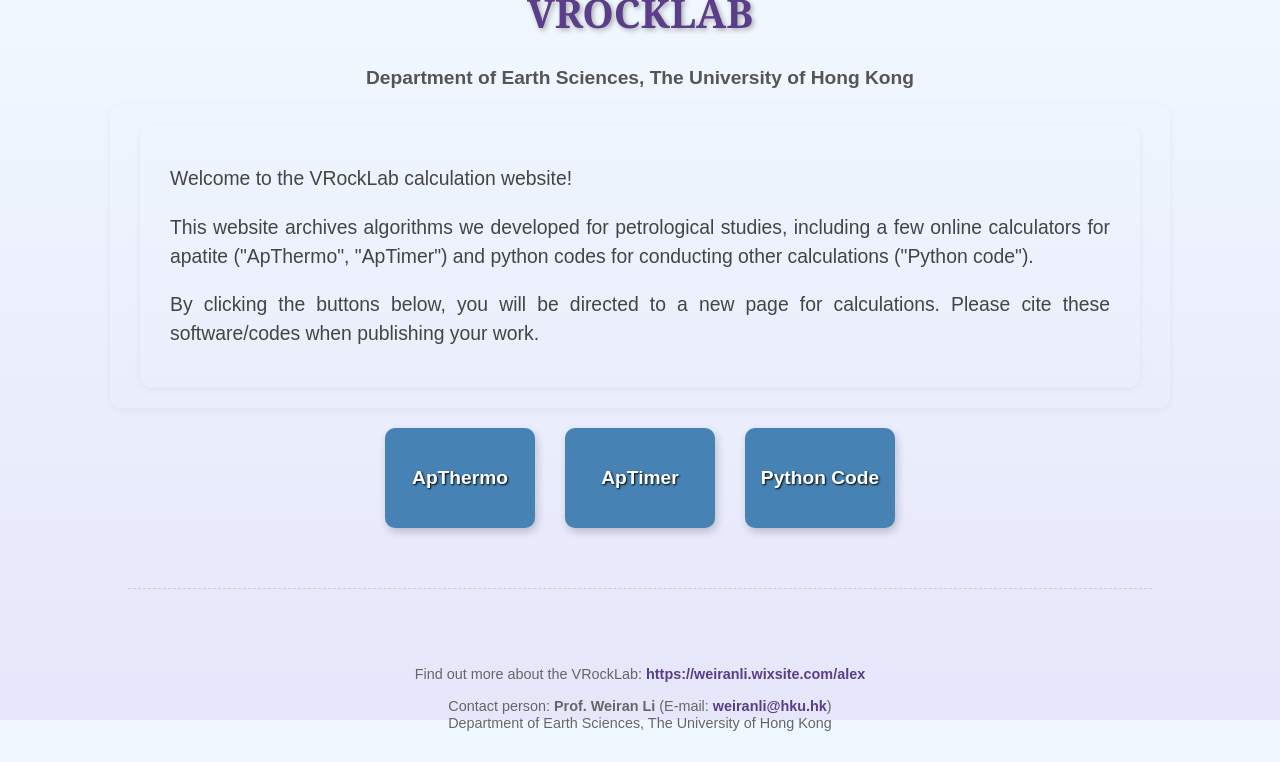
Repository: Abyss2019/home_page
Page: index.html
The author's editor kept a copy of each file at every save. The page is drawn from the files as they stood at one save, then again after a run of saves.
The browser window is 1280 px wide. The pictures show the whole page.

Above is the page before, as saved 2025-04-06 10:40:33.

### index.html
<!DOCTYPE html>
<html lang="en">
<head>
    <meta charset="UTF-8">
    <meta name="viewport" content="width=device-width, initial-scale=1.0">
    <title>VROCKLAB</title>
    <style>
        body {
            font-family: Arial, sans-serif;
            margin: 0;
            padding: 0;
            /* background-image: url('./bg.webp'); */
            background: linear-gradient(to bottom, #f0f8ff, #e6e6fa);
            color: #333;
            display: flex;
            flex-direction: column;
            align-items: center;
            justify-content: center;
            height: 100vh;
        }

        header {
            text-align: center;
            /* margin-bottom: 30px; */
        }

        header h1 {
            font-size: 2.5em;
            font-family: 'Georgia', serif;
            text-shadow: 2px 2px 5px #aaa;
            color: #5a3e8a;
        }



        header h2 {
            font-size: 1.2em;
            margin-top: 5px;
            color: #555;
        }

        .intro {
        font-size: 1.1em;
        line-height: 1.5;
        text-align: justify;
        color: #444;
        /* background-color: #f2f6ff; */
        padding: 20px 30px;
        border-radius: 12px;
        box-shadow: 0 2px 8px rgba(0,0,0,0.05);
        max-width: 1000px;
        }

        /* .indent p {
        text-indent: 2em;
        margin-bottom: 1em;
        } */


        .buttons-container {
            display: flex;
            gap: 30px;
            margin: 20px 0;
        }

        .button {
            display: flex;
            align-items: center;
            justify-content: center;
            width: 150px;
            height: 100px;
            background-color: #4682b4;
            border-radius: 10px;
            box-shadow: 2px 4px 8px rgba(0, 0, 0, 0.2);
            color: #fff;
            font-size: 1.2em;
            font-weight: bold;
            text-decoration: none;
            text-shadow: 1px 1px 2px #000;

        }
        .button:hover{
          transform: scale(1.05);
        }


        footer {
        font-size: 0.9em;
        margin-top: 40px;
        padding: 15px 0;
        text-align: center;
        color: #666;
        line-height: 1.2;
        }

        footer a {
        color: #5a3e8a;
        text-decoration: none;
        font-weight: bold;
        }

        footer a:hover {
        text-decoration: underline;
        }
    </style>
</head>
<body>
    <header>
        <h1>VROCKLAB</h1>
        <h2>Department of Earth Sciences, The University of Hong Kong</h2>
    </header>

    <div class="intro">
        <div class="intro indent">
        <p>Welcome to the VRockLab calculation website!</p>
        <p>This website archives algorithms we developed for petrological studies, including a few online calculators for apatite ("ApThermo", "ApTimer") and python codes for conducting other calculations ("Python code").</p>
        <p>By clicking the buttons below, you will be directed to a new page for calculations. Please cite these software/codes when publishing your work.</p>
        </div>
    </div>

    <div class="buttons-container">
        <a href="https://vrocklab.hku.hk/ApThermo/" target="_blank" class="button">ApThermo</a>
        <a href="https://vrocklab.hku.hk/ApTimer/" target="_blank" class="button">ApTimer</a>
        <a href="https://vrocklab.hku.hk/python-code/" target="_blank" class="button">Python Code</a>
    </div>

    <hr style="width: 80%; margin-top: 40px; border: none; border-top: 1px dashed #ccc;">

    <footer>
        <p>
            Find out more about the VRockLab:
            <a href="https://weiranli.wixsite.com/alex" target="_blank">https://weiranli.wixsite.com/alex</a>
        </p>
        <p>
            Contact person: <strong>Prof. Weiran Li</strong> (E-mail:
            <a href="mailto:weiranli@hku.hk">weiranli@hku.hk</a>)<br>
            Department of Earth Sciences, The University of Hong Kong
        </p>
    </footer>
</body>
</html>

After the next 3 saves:
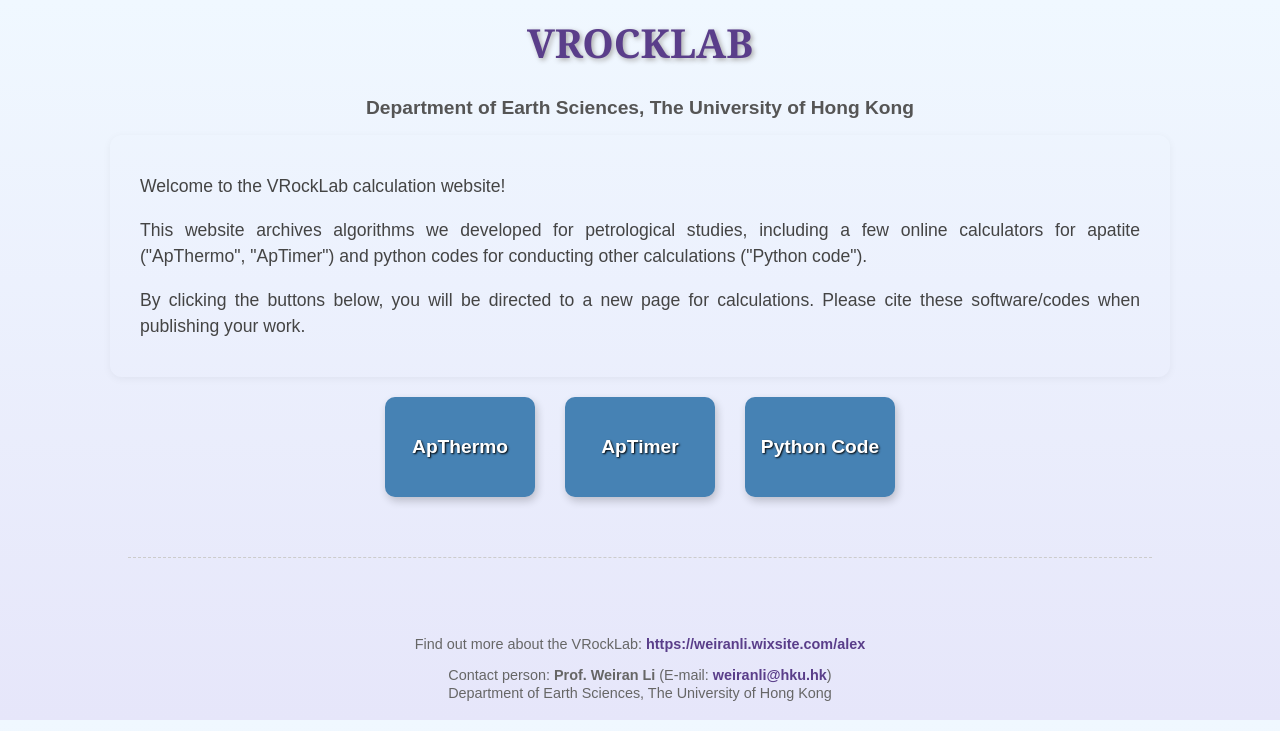
The 3 saves are shown as one change because they came seconds apart.
The last was saved 53 s later.
--- a/index.html
+++ b/index.html
@@ -110,13 +110,13 @@
         <h2>Department of Earth Sciences, The University of Hong Kong</h2>
     </header>
 
-    <div class="intro">
-        <div class="intro indent">
-        <p>Welcome to the VRockLab calculation website!</p>
-        <p>This website archives algorithms we developed for petrological studies, including a few online calculators for apatite ("ApThermo", "ApTimer") and python codes for conducting other calculations ("Python code").</p>
-        <p>By clicking the buttons below, you will be directed to a new page for calculations. Please cite these software/codes when publishing your work.</p>
-        </div>
+
+    <div class="intro indent">
+    <p>Welcome to the VRockLab calculation website!</p>
+    <p>This website archives algorithms we developed for petrological studies, including a few online calculators for apatite ("ApThermo", "ApTimer") and python codes for conducting other calculations ("Python code").</p>
+    <p>By clicking the buttons below, you will be directed to a new page for calculations. Please cite these software/codes when publishing your work.</p>
     </div>
+
 
     <div class="buttons-container">
         <a href="https://vrocklab.hku.hk/ApThermo/" target="_blank" class="button">ApThermo</a>
